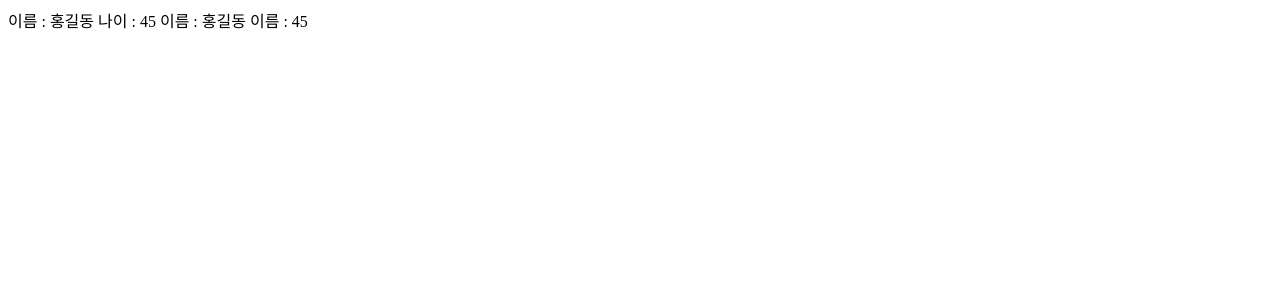
Repository: novemberjj/jsp
Page: http://localhost/jstl_study/step9.jsp
The author's editor kept a copy of each file at every save. The page is drawn from the files as they stood at one save, then again after the next save.
The browser window is 1280 px wide. The pictures show the whole page.
The page is served by Tomcat 9.

Above is the page before, as saved 2023-05-10 05:38:36.

After the next save:
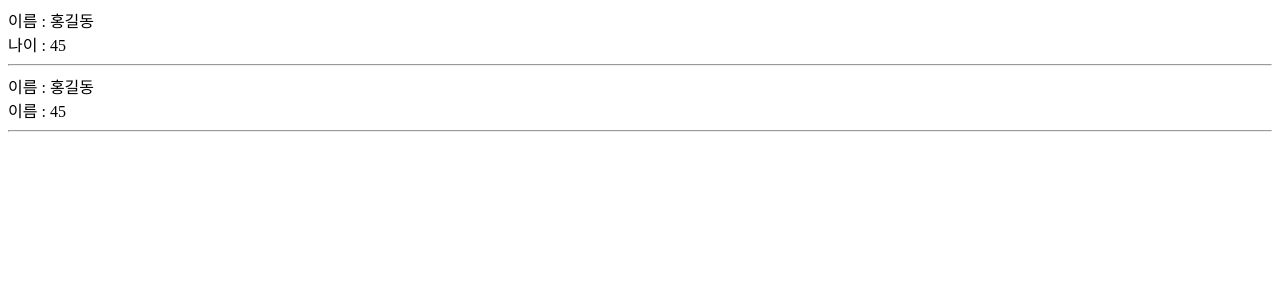
Saved 22 s later.
--- a/jstl_project/jstl_study/src/main/webapp/step9.jsp
+++ b/jstl_project/jstl_study/src/main/webapp/step9.jsp
@@ -17,12 +17,14 @@
 	%>
 
 	<%--스클립틀릿으로 확인하는 방법 --%>
-	이름 : <%= p.getName() %>
-	나이 : <%= p.getAge() %>
+	이름 : <%= p.getName() %> <br>
+	나이 : <%= p.getAge() %> <br>
+	<hr>
 
 	<%-- EL 방식으로 확인하는 방법 --%>
-	이름 : ${pvo.name }
-	이름 : ${pvo.age }
+	이름 : ${pvo.name } <br>
+	이름 : ${pvo.age } <br>
+	<hr>
 
 </body>
 </html>
